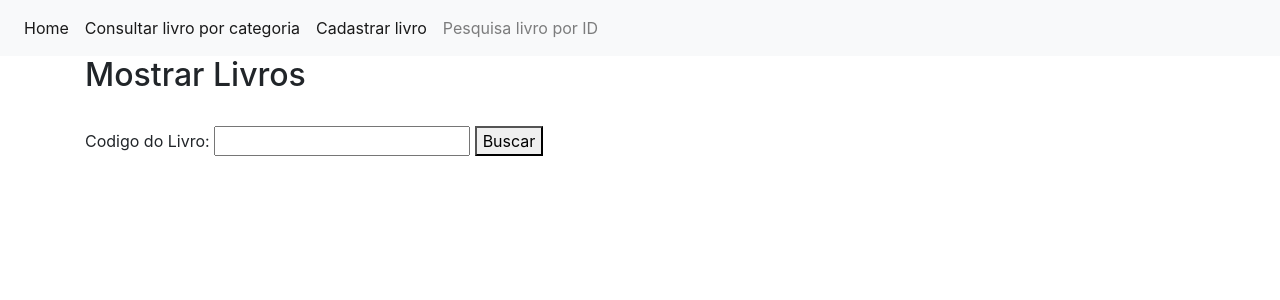
Repository: SrtaVerdant/projeto-livraria
Page: http://localhost/ProjetoLivraria/pesquisaLivroPorId.jsp
The author's editor kept a copy of each file at every save. The page is drawn from the files as they stood at one save, then again after the next save.
The browser window is 1280 px wide. The pictures show the whole page.
Some web libraries are served in a nearby version. The page is served by Tomcat 9.

Above is the page before, as saved 2022-10-30 14:58:33.

After the next save:
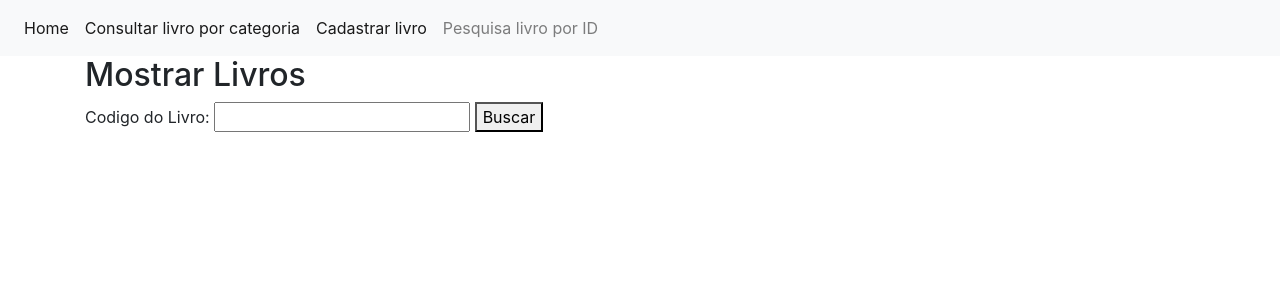
Saved 3 min 1 s later.
--- a/ProjetoLivraria/src/main/webapp/pesquisaLivroPorId.jsp
+++ b/ProjetoLivraria/src/main/webapp/pesquisaLivroPorId.jsp
@@ -32,7 +32,7 @@
 	</nav>
 
 	<div class="container">
-		<h2> Mostrar Livros</h2><br>
+		<h2> Mostrar Livros</h2>
 
 		<label> Codigo do Livro:</label>
 		<input type="text" name="codLivro">

After the save that followed:
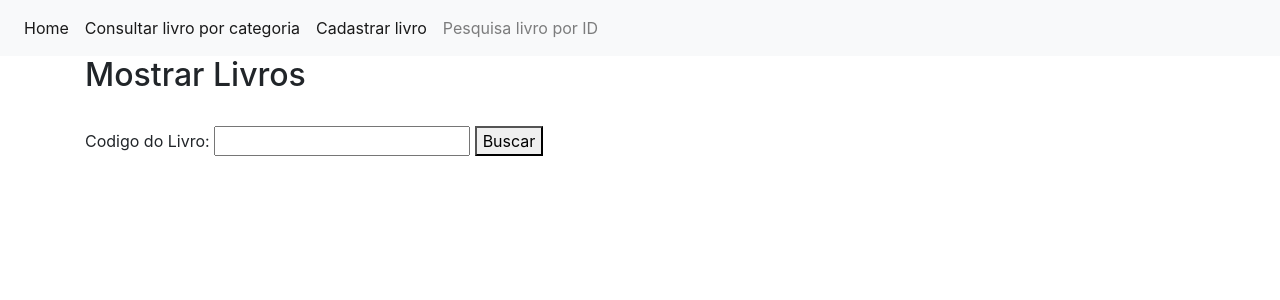
Saved 5 s later.
--- a/ProjetoLivraria/src/main/webapp/pesquisaLivroPorId.jsp
+++ b/ProjetoLivraria/src/main/webapp/pesquisaLivroPorId.jsp
@@ -32,7 +32,7 @@
 	</nav>
 
 	<div class="container">
-		<h2> Mostrar Livros</h2>
+		<h2> Mostrar Livros</h2><br>
 
 		<label> Codigo do Livro:</label>
 		<input type="text" name="codLivro">
